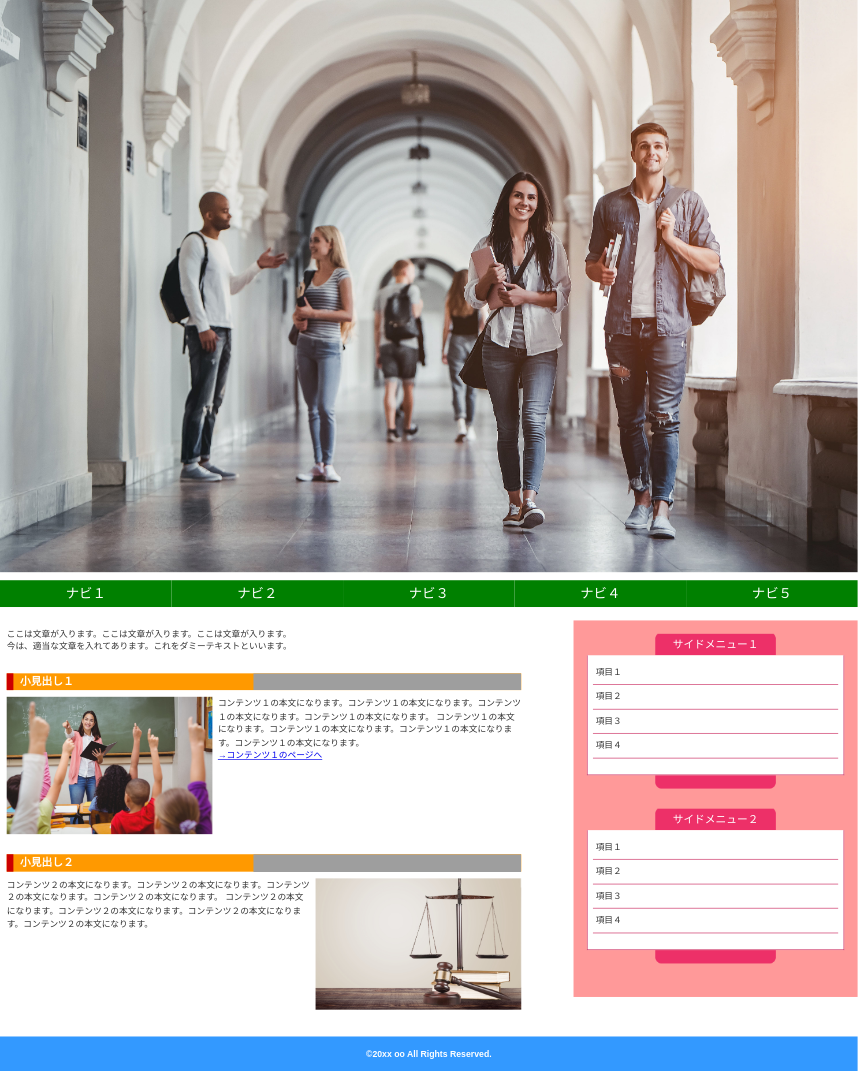
Repository: lee0713/samurai_HTML-CSS
Page: home.html
The author's editor kept a record of every edit. The page is drawn from the files as they stood at one moment, then again after the next edit.
The browser window is 1280 px wide. The pictures show the whole page, at 67% of full size.
Pictures or frames that could not be fetched are drawn as grey boxes.

Above is the page before.

### home.html
<!DOCTYPE html>
<html lang="ja">
  <head>
    <meta charset="UTF-8">
    <title>HTML/CSSの学習</title>
    <link rel="stylesheet" href="stylesheet.css">
  </head>
  <body>
      <div id="header">
          <h1><a href="index.html"><img id="corridor" src="images/corridor.jpg" alt="大学の廊下"/></a></h1>
          </div>
    <div id="wrapper">
        <div id="nav">
            <ul>
                <li><a href="home.html">ナビ１</a></li>
                <li><a href="#">ナビ２</a></li>
                <li><a href="#">ナビ３</a></li>
                <li><a href="#">ナビ４</a></li>
                <li><a href="#">ナビ５</a></li>
            </ul>
        </div>
           <div id="container">
               <div id="main">
                   <div class="post">
                       <p>ここは文章が入ります。ここは文章が入ります。ここは文章が入ります。<br/>今は、適当な文章を入れてあります。これをダミーテキストといいます。</p>
                   </div>
                   <div class="post clearfix">
                      <h2>小見出し１</h2>
                      <img class="left"src="images/classroom.jpg" alt="授業風景"/>
                      <p>
                          コンテンツ１の本文になります。コンテンツ１の本文になります。コンテンツ１の本文になります。コンテンツ１の本文になります。
                          コンテンツ１の本文になります。コンテンツ１の本文になります。コンテンツ１の本文になります。コンテンツ１の本文になります。
                     </p>
                     <p><a href="#">→コンテンツ１のページへ</a></p>
                   </div>
                   <div class="post clearfix">
                      <h2>小見出し２</h2>
                      <img class="right" src="images/scale.jpg" alt="天秤"/>
                      <p>
                         コンテンツ２の本文になります。コンテンツ２の本文になります。コンテンツ２の本文になります。コンテンツ２の本文になります。
                         コンテンツ２の本文になります。コンテンツ２の本文になります。コンテンツ２の本文になります。コンテンツ２の本文になります。
                     </p>
                   </div>
        </div>
    </div>
        <div id="side">
            <div class="box">
                <h2>サイドメニュー１</h2>
                <div class="boxBody">
                    <ul>
                        <li>項目１</li>
                        <li>項目２</li>
                        <li>項目３</li>
                        <li>項目４</li>
                    </ul>
                </div>
            </div>
            <div class="box">
                <h2>サイドメニュー２</h2>
                <div class="boxBody">
                    <ul>
                        <li>項目１</li>
                        <li>項目２</li>
                        <li>項目３</li>
                        <li>項目４</li>
                    </ul>
                </div>
            </div>
        </div>
    <div id="footer">
        <p>&copy;20xx oo All Rights Reserved.</p>
    </div>
  </body>
 </html>

### stylesheet.css
@charset "utf-8";

body {
	margin: 0;
	padding: 0;
	font-family: "ヒラギノ角ゴ Pro W3", "Hiragino Kaku Gothic Pro", "メイリオ", Meiryo, Osaka, "ＭＳ Ｐゴシック", "MS PGothic", sans-serif;
	color: #333;
	font-size: 13px;
	line-height: 150%;
}

/* -------------------- wrapper -------------------- */
#wrapper {
	width: 100%;
	margin: auto;
	padding: 0px;
	border: 0px;
	background-color: #FFF;
	top: 10px;
	position: relative;
}

/* -------------------- header -------------------- */
#header {
	width: 100%;
}
#header h1 {
	margin: 0;
	padding: 0;
}

#corridor {
	width: 100%;
	height: auto;
}

/* -------------------- footer -------------------- */
#footer {
	clear: both;
	width: 100%;
	padding: 3px 0 3px 0;
	background: #39F;
	color: #FFF;
	font-weight: bold;
	text-align: center;
}

/* -------------------- nav -------------------- */
#nav {
	width: 100%;
}
#nav ul {
	display: flex;
	margin: 0;
	padding: 0;
	list-style-type: none;
}
#nav ul li {
	float: left;
	width: 20%;
	text-align: center;
}
#nav ul li a {
	display: block;
	height: 20px;
	margin: 0;
	padding: 10px;
	color: #FFF;
	font-size: 20px;
	text-decoration: none;
	background-color: green;
}

#nav ul li a:hover {
	filter: drop-shadow(10px 10px 10px black);
}

/* -------------------- container -------------------- */
#container {
	width: 100%;
	margin: auto ;
	padding: auto;
	padding-top: 20px;
	clear: both;
}
/* -------------------- main -------------------- */
#main {
	float: left;
	width: 60%;
	padding: 10px 30px 10px 10px;
}
#main h2 {
	margin: 0 0 10px 0;
	padding: 3px 10px 3px 10px;
	color: #FFF;
	font-size: 16px;
	border-left: solid 10px #C00;
	background: #F90 url(../images/main_h2.jpg) right top repeat-y;
}
#main p {
	margin: 0;
	padding: 0;
}
#main .post {
	margin: 0 0 30px 0;
}

#main .post img.right {
	margin: 0 0 0 8px;
}
#main .post img.left {
	margin: 0 8px 0 0;
}

.right {
	float: right;
	width: 40%;
	height: auto;
}
.left {
	float: left;
	width: 40%;
	height: auto;
}

/* -------------------- clearfix -------------------- */
.clearfix {
	zoom: 1;
}
.clearfix:after{
	content: "";
	display: block;
	clear: both;
}

/* -------------------- side -------------------- */
#side {
	float: right;
	width: 30%;
	padding: 20px;
	background-color: #F99;
}
#side .box {
	margin: 0 auto 30px auto;
	padding: 0 0 20px 0;
	background: url(images/side_box.png) bottom no-repeat;
}
#side .box h2 {
	margin: 0;
	padding: 8px;
	text-align: center;
	color: #fff;
	font-size: 16px;
	line-height: 16px;
	font-weight: normal;
	background: url(images/side_box_h2.png) center no-repeat;
}
#side .box .boxBody {
	padding: 8px;
	border-right: solid 1px #C36;
	border-bottom: solid 1px #C36;
	border-left: solid 1px #C36;
	background: #fff;
}
#side .box .boxBody ul {
	margin: 0 0 16px 0;
	padding: 0;
}
#side .box .boxBody ul li {
	padding: 8px 0 8px 4px;
	list-style: none;
	border-bottom: solid 1px #C36;
}

#side .box .boxBody ul li:hover {
	padding: 8px 0 8px 4px;
	list-style: none;
	border-bottom: solid 1px #C36;
	box-shadow: 0px 4px 4px rgba(0, 0, 0, 0.3);
}

After the next edit:
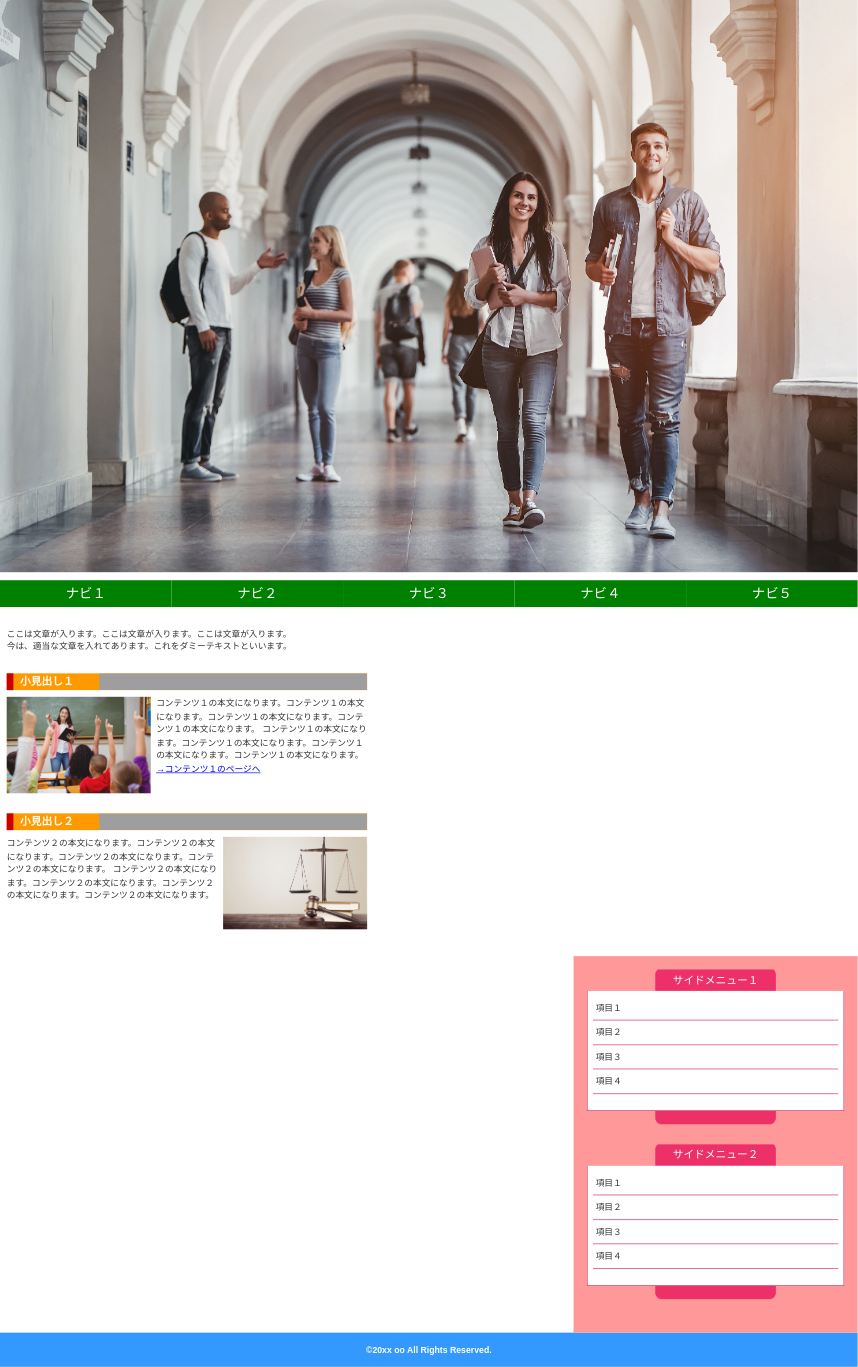
The edit:
--- a/stylesheet.css
+++ b/stylesheet.css
@@ -11,13 +11,13 @@
 
 /* -------------------- wrapper -------------------- */
 #wrapper {
-	width: 100%;
-	margin: auto;
-	padding: 0px;
-	border: 0px;
-	background-color: #FFF;
-	top: 10px;
-	position: relative;
+    width: 100%;
+    margin: auto;
+    padding: 0px;
+    border: 0px;
+    background-color: #FFF;
+    top: 10px;
+    position: relative;
 }
 
 /* -------------------- header -------------------- */
@@ -50,13 +50,12 @@
 	width: 100%;
 }
 #nav ul {
-	display: flex;
+    display: flex;
 	margin: 0;
 	padding: 0;
 	list-style-type: none;
 }
 #nav ul li {
-	float: left;
 	width: 20%;
 	text-align: center;
 }
@@ -82,6 +81,8 @@
 	padding: auto;
 	padding-top: 20px;
 	clear: both;
+	display: grid;
+	grid-template-columns:70vw 30vw;
 }
 /* -------------------- main -------------------- */
 #main {
@@ -125,7 +126,7 @@
 
 /* -------------------- clearfix -------------------- */
 .clearfix {
-	zoom: 1;
+    zoom: 1;
 }
 .clearfix:after{
 	content: "";
